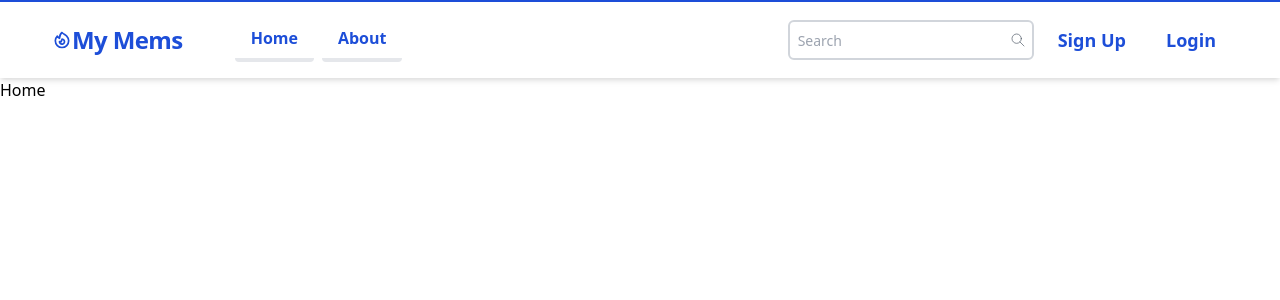
Repository: ShamroOoz/React-Go-Auth-Application
Page: /
These files come from the project's save history. The page is drawn as it stood at one moment and after the next save; the edit follows.
The browser window is 1280 px wide. The pictures show the whole page.
The project was rebuilt for these pictures with package versions that can differ from the ones it lists, and the page was loaded fresh each time. A package was used in the major version that the imports need, not the one package.json lists. Also part of the build but not shown: craco.config.js, src/Components/Login.js, src/Components/Singup.js.

Above is the page before, as saved 2021-05-24 04:40:07.

### src/index.css
/* ./src/index.css */
@tailwind base;
@tailwind components;
@tailwind utilities;

.btn-action {
  @apply block px-4 py-2 mt-4 ml-2 text-lg font-bold text-blue-700 rounded hover:text-white hover:bg-blue-700 md:mt-0;
}

.btn-post {
  @apply inline-flex items-center px-6 py-2 font-bold text-blue-700 border-b-2 rounded hover:border-blue-700 hover:text-blue-400;
}

.btn-search {
  @apply h-10 pl-2 pr-8 text-sm bg-white border-2 border-gray-300 rounded-md focus:outline-none focus:border-blue-700;
}

.btn-menu {
  @apply block px-4 py-2 mr-2 text-center border-b-4 rounded md:inline-flex md:mt-0 hover:border-blue-700;
}

.btn-toggle-menu {
  @apply flex items-center px-3 py-2 text-blue-300 border-2 border-blue-400 rounded focus:outline-none hover:text-blue-400 hover:border-blue-700;
}

.input-text {
  @apply block w-full px-3 py-2 text-lg placeholder-gray-600 bg-white border-2 border-gray-300 rounded-lg shadow-md focus:placeholder-blue-700 focus:bg-white focus:border-blue-700 focus:outline-none;
}

.btn-large {
  @apply block w-full px-6 py-3 mt-3 text-lg font-semibold text-white bg-blue-700 rounded-lg shadow-xl focus:outline-none disabled:opacity-50 hover:text-white hover:bg-blue-400;
}

.btn-large-alert {
  @apply block w-full px-6 py-3 mt-3 text-lg font-semibold text-white bg-red-700 rounded-lg shadow-xl focus:outline-none disabled:opacity-50 hover:text-white hover:bg-red-400;
}
.btn-social {
  @apply flex items-center justify-center px-4 py-2 space-x-2 transition-colors duration-300 border border-blue-700 rounded-md group hover:bg-blue-500 focus:outline-none;
}

.drop-down-list {
  @apply block px-4 py-2 text-sm text-gray-700 hover:bg-gray-100 hover:text-gray-900;
}

.drop-down {
  @apply absolute right-0 w-56 mt-2 origin-top-right bg-white rounded-md shadow-lg ring-1 ring-black ring-opacity-5 focus:outline-none;
}

### src/App.js
import { BrowserRouter as Router, Switch, Route } from "react-router-dom";
import { Home, Login, Singup, Navbar } from "./Components";
function App() {
  return (
    <Router>
      <Navbar />
      <Switch>
        <Route path="/singup">
          <Singup />
        </Route>
        <Route path="/login">
          <Login />
        </Route>
        <Route exact path="/">
          <Home />
        </Route>
      </Switch>
    </Router>
  );
}

export default App;

### src/Components/index.js
import Home from "./Home";
import Login from "./Login";
import Singup from "./Singup";
import Navbar from "./Navbar";

export { Home, Login, Singup, Navbar };

### src/Components/Navbar.js
import React, { useState, useEffect, useCallback } from "react";
import { Link, useHistory, useLocation } from "react-router-dom";
import { FireIcon, MenuIcon, SearchIcon } from "@heroicons/react/outline";

const Navbar = () => {
  const [togglemenu, settogglemenu] = useState(false);
  const [isAuth, setisAuth] = useState(false);

  const logoutlisntner = () => {
    console.log("logout me ");
  };

  return (
    <>
      <nav className="flex flex-wrap items-center justify-between py-2 bg-white border-t-2 border-blue-700 border-solid shadow-md md:px-10">
        <div className={`flex justify-between w-full p-3 md:w-auto `}>
          <Link
            to="/"
            className="flex items-center flex-shrink-0 mr-8 text-blue-700"
          >
            <FireIcon className="w-5 h-9" />
            <span className="text-2xl subpixel-antialiased font-semibold tracking-tight">
              My Mems
            </span>
          </Link>
          {/* toggle menu button */}
          <div className="block md:hidden ">
            <button
              id="nav"
              className="btn-toggle-menu"
              onClick={() => settogglemenu((prevtogglemenu) => !prevtogglemenu)}
            >
              <MenuIcon className="w-3 h-3" />
            </button>
          </div>
        </div>

        <div
          className={`w-full block flex-grow md:flex md:items-center md:w-auto md:px-2  ${
            togglemenu ? "block" : "hidden"
          }`}
        >
          <div className="font-bold text-blue-700 text-md md:flex-grow ">
            <Link to="/" className="btn-menu">
              Home
            </Link>
            {isAuth && (
              <Link to="/profile" className="btn-menu">
                Profile
              </Link>
            )}
            <Link to="/djdjdjj" className="btn-menu">
              About
            </Link>
          </div>
          {/* search */}
          <div className="relative hidden mx-auto text-gray-600 md:block">
            <input
              className="btn-search"
              type="search"
              name="search"
              placeholder="Search"
            />
            <button
              type="submit"
              className="absolute top-0 right-0 mt-3 mr-2 focus:outline-none"
            >
              <SearchIcon className="w-4 h-4 stroke-1 " />
            </button>
          </div>
          {/* Button */}
          <div className="flex items-center justify-center">
            {isAuth ? (
              <div>
                <span>
                  <button
                    type="button"
                    className="inline-block btn-action"
                    onClick={logoutlisntner}
                  >
                    Log Out
                  </button>
                </span>
              </div>
            ) : (
              <>
                <Link to="/singup" className="btn-action">
                  Sign Up
                </Link>
                <Link to="/login" className="btn-action ">
                  Login
                </Link>
              </>
            )}
          </div>
        </div>
      </nav>
    </>
  );
};

export default Navbar;

### tailwind.config.js
module.exports = {
  purge: ["./src/**/*.{js,jsx,ts,tsx}", "./public/index.html"],
  darkMode: false, // or 'media' or 'class'
  theme: {
    extend: {
      borderWidth: ["hover", "focus"],
      borderOpacity: ["active"],
      borderRadius: ["hover", "focus"],
      outline: ["hover", "active"],
    },
  },
  variants: {
    extend: {
      opacity: ["disabled"],
    },
  },
  plugins: [],
};

Loaded but not shown: public/index.html (common file); src/index.js (common file); src/Components/Home.js (common file)

After the next save:
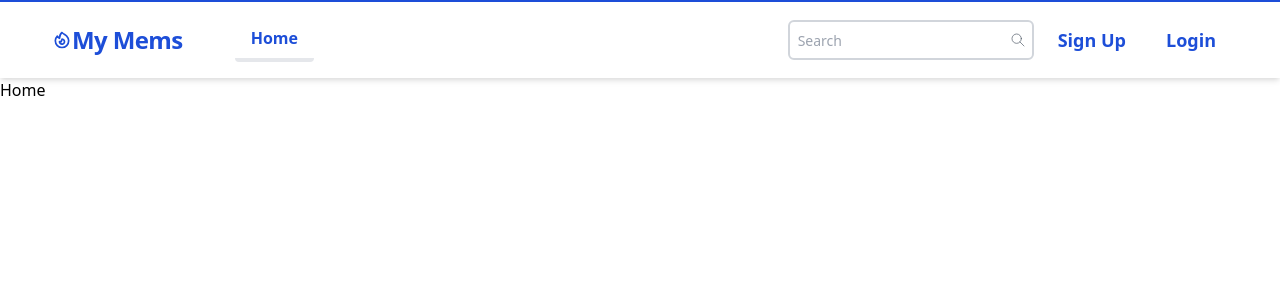
Saved 38 s later.
--- a/src/Components/Navbar.js
+++ b/src/Components/Navbar.js
@@ -49,9 +49,6 @@ const Navbar = () => {
                 Profile
               </Link>
             )}
-            <Link to="/djdjdjj" className="btn-menu">
-              About
-            </Link>
           </div>
           {/* search */}
           <div className="relative hidden mx-auto text-gray-600 md:block">
